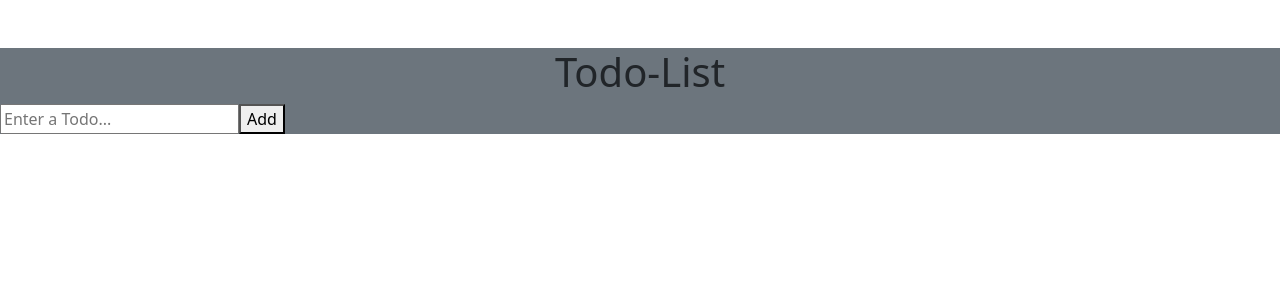
Repository: kieuduc123/Todo-List
Page: /
These files come from the project's save history. The page is drawn as it stood at one moment and after the next save; the edit follows.
The browser window is 1280 px wide. The pictures show the whole page.
The project was rebuilt for these pictures with package versions that can differ from the ones it lists, and the page was loaded fresh each time.

Above is the page before, as saved 2024-02-14 19:55:46.

After the next save:
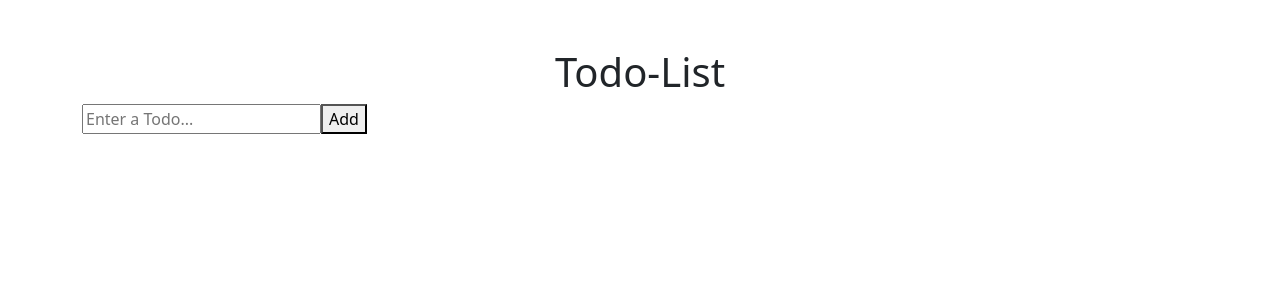
Saved 32 s later.
--- a/src/App.js
+++ b/src/App.js
@@ -12,7 +12,7 @@ const App = () => {
         localStorage.setItem("todo", JSON.stringify(todos));
     }, [todos]);
     return (
-        <div className=" bg-secondary">
+        <div className="container">
             <div className="app-wrapper ">
                 <div className="text-center mt-5">
                     <Header />
